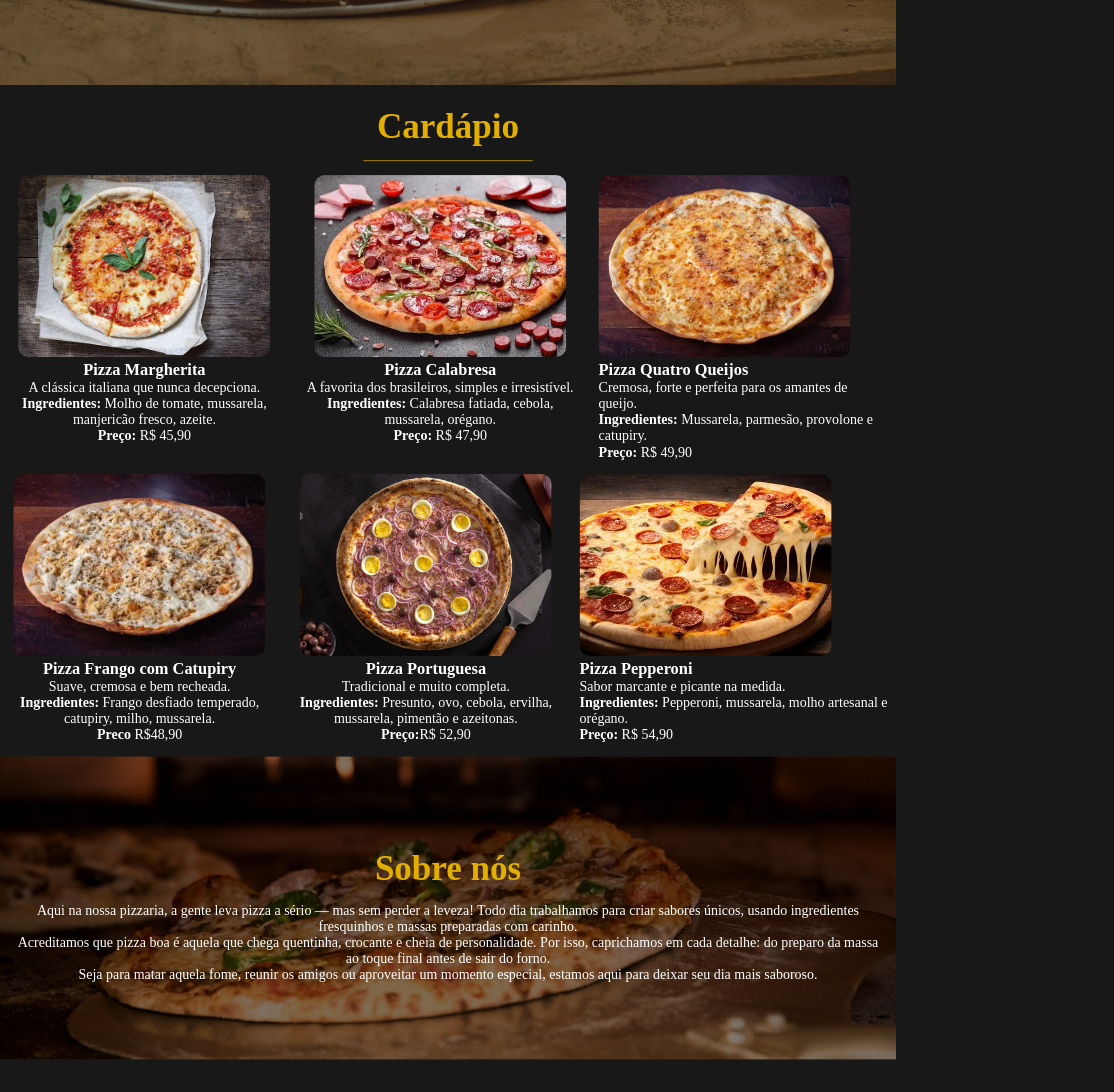
Repository: Mateushlp/landing-page-pizza
Page: index.html
These files come from the project's save history. The page is drawn as it stood at one moment and after the next save; the edit follows.
The browser window is 1280 px wide. The page is 1280 px wide, then 1592 px, so the pictures cover 1592 px, including what lies to the right of the window. The pictures show the part of the page from y = 863 to 2423 px (the page is 2958 px tall before and 2935 px after), at 70% of full size.

Above is the page before, as saved 2026-05-03 11:42:12.

### index.html
<!DOCTYPE html>
<html lang="en">
<head>
    <meta charset="UTF-8">
    <meta name="viewport" content="width=device-width, initial-scale=1.0">
    <link rel="stylesheet" href="style.css">
    <title>Document</title>
</head>
<body>
    <header>
        <nav>
            <ul>
                <li> <a href="http://"> Home</li></a>
                <li> <a href="http://">Cardapio</li></a>
                <li> <a href="http://">Sobre Nos</li></a>
                <li> <a href="http://">Contato</li></a>
            </ul>
        </nav>
    </header>

    <section class="inicio">
        <div class="texto">
        <h1>Bem vindo à Alessio's</h1>
        <p>Saborosas pizzas feitas </p>
        <button class="btn1">Ver Cardapio</button>
        </div>
    </section>

    <section class="cardapio">
        <h2 class="cardapio1">Cardápio</h2>
    </section>

    <div class="prato">
        <div class="pratos1">
            <img src="./img/margherita-pizza.jpg" alt="">
            <h3>Pizza Margherita</h3>
            <p> A clássica italiana que nunca decepciona. <br>
          <strong>Ingredientes:</strong>  Molho de tomate, mussarela, manjericão fresco, azeite. <br>
        <strong>Preço:</strong> R$ 45,90
    </p>
        </div>
            <div class="pratos2">
                <img src="./img/3140217-pizza-calabresa.jpg" alt="">
                <h3>Pizza Calabresa</h3>
                <p>A favorita dos brasileiros, simples e irresistível. <br>
                <strong>Ingredientes:</strong> Calabresa fatiada, cebola, mussarela, orégano. <br>
                    <strong>Preço:</strong> R$ 47,90
            </p>
            </div>
                <div class="pratos3">
                    <img src="./img/Quatro-Queijos.jpg" alt="">
                    <h3>Pizza Quatro Queijos</h3>
                    <p>Cremosa, forte e perfeita para os amantes de queijo. <br>
                    <strong>Ingredientes:</strong>  Mussarela, parmesão, provolone e catupiry. <br>
                        <strong>Preço: </strong>R$ 49,90
                </p>
                </div>
                </div>

                <div class="prato2">
                <div class="pratos1">
                    <img src="./img/Frango-com-Catupiry-2.jpg" alt="">
                    <h3>Pizza Frango com Catupiry</h3>
                    <p>Suave, cremosa e bem recheada. <br>
                   <strong>Ingredientes:</strong> Frango desfiado temperado, catupiry, milho, mussarela. <br>
                   <strong>Preco </strong> R$48,90
                </p>
                </div>
                <div class="pratos2">
                    <img src="./img/pizza-portuguesa.jpg" alt="">
                    <h3>Pizza Portuguesa</h3>
                    <p>Tradicional e muito completa. <br>
                   <strong>Ingredientes:</strong>  Presunto, ovo, cebola, ervilha, mussarela, pimentão e azeitonas. <br>
                    <strong>Preço:</strong>R$ 52,90
                </p>
                </div>
                <div class="pratos3">
                    <img src="./img/the-pepperoni-pizza-and-a-piece-of-streched-cheese-pizza-with-ai-generated-free-photo.jpg" alt="">
                    <h3>Pizza Pepperoni</h3>
                    <p>Sabor marcante e picante na medida. <br>
                  <strong>Ingredientes:</strong>   Pepperoni, mussarela, molho artesanal e orégano. <br>
                <strong>Preço:</strong> R$ 54,90</p>

                </div>
                </div>
                </div>




    <section class="sobre">
        <div class="sobre1">
        <h2>Sobre nós</h2>
        <p>Aqui na nossa pizzaria, a gente leva pizza a sério — mas sem perder a leveza!
        Todo dia trabalhamos para criar sabores únicos, usando ingredientes fresquinhos e massas preparadas com carinho. <br>

        Acreditamos que pizza boa é aquela que chega quentinha, crocante e cheia de personalidade. Por isso, caprichamos em cada
        detalhe: do preparo da massa ao toque final antes de sair do forno. <br>

        Seja para matar aquela fome, reunir os amigos ou aproveitar um momento especial, estamos aqui para deixar seu dia mais
        saboroso.</p>
    </div>
    </section>

<section id="contato" class="contato">
    <h2>Contato</h2>

    <div class="contato-info">
        <div class="box">
            <h3>Telefone</h3>
            <p>(35) 99744-0140</p>
        </div>

        <div class="box">
            <h3>Endereço</h3>
            <p>Rua Tal Tal, Nº 123 , Centro , Lavras/MG</p>
        </div>

        <div class="box">
            <h3>Email</h3>
            <p>mateus@gmail.com</p>
        </div>
            <div class="box">
                <h3>Hórario de Funcionamento</h3>
                <p>Segunda a Sábado 11h00 às 23h00 - Domingo: 16h00 às 23H00</p>
            </div>
    </div>
</section>
        <div class="pedir">
        <button class="btn2">Peca Agora Mesmo!</button>
        </div>


    <footer>
        <h3>&copy; 2025 Alessio's Pizzaria</h3>
    </footer>

</body>
</html>

### style.css
*{
    margin:0;
    padding: 0;
    box-sizing: border-box;
}
body{
    background-color: #181818;
      overflow-x: hidden;

}

nav ul {
    display: flex;
    gap: 25px;
    list-style: none;
    justify-content: center;
    font-size: 25px;
    padding: 10px;
     background: linear-gradient(to bottom, rgb(00, 0, 0), rgba(0,0,0,0.9));
}

nav ul a{
    text-decoration: none;
    color: #fff;
    margin-top: 10px;
}

nav ul a:hover{
    border-radius: 20px;
    background-color: #00000;
    color: #af8600;
}

.inicio{
     background:
        linear-gradient(rgba(0,0,0,0.5), rgba(0,0,0,0.5)),
        url(./img/background-meio.jpg);
    background-size: cover;
    background-position: center;
    height: 130vh;
}

.texto{
    display: flex;
    flex-direction: column;
    align-items: center;
    color: #fff;
    padding-top: 7%;
    padding-left: 6%;
    font-size: 40px;
}
.texto p{
    font-family: 'Lucida Sans', 'Lucida Sans Regular', 'Lucida Grande', 'Lucida Sans Unicode', Geneva, Verdana, sans-serif;
    font-size: 30px;

}
.btn1{
 background-color: #e2ae01;
 border-radius: 20px;
 font-size: 20px;
 margin-top: 30px;
 padding: 9px;
 cursor:pointer;
}
.btn1:hover{
background-color:#181818;
color: #e2ae01;
}
.cardapio{
    text-align: center;
    padding: 10px;
    font-size: 40px;
    color:#fff;
}
.cardapio1{
    display: inline-block;
    border-bottom: 1px solid #e2ae01;
    padding-top: 20px;
    padding-bottom:20px
}
.prato{
    margin: 10px;
    display: flex;
    gap: 30px;
    font-size: 20px;
    margin-bottom: 20px;
    color:#fff;
}

.prato2{
    margin: 10px;
    display: flex;
    gap: 30px;
    font-size: 20px;
    margin-bottom: 20px;
    color:#fff;
}


.prato img,
.prato2 img {
    width: 50vh;
    height: 260px;
    object-fit: cover;
    border-radius: 15px;

}
.pratos1,
.pratos2 {
    border-radius:20px;
    width: 35%;
    text-align: center;
}

.sobre{
    background-image:
    linear-gradient(rgba(0,0,0,0.5), rgba(0,0,0,0.5)),
    url(./img/background.jpg);
    background-size: cover;
    background-position: center;
    height: 60vh; /* AUMENTE a altura */
    display: flex;
    flex-direction: column;
    justify-content: center; /* deixa no meio certinho */
    align-items: center;
    text-align: center;
}

.sobre1{
    display: flex;
    align-items: center;
    font-size: 40px;
    flex-direction: column;
    color: #fff;
}
.sobre1 ,h2{
    font-size:50px;
    color:#e2ae01;
    padding:20px
}
.sobre1 p{
    font-size: 20px;
    color:#fff;
}

.contato {
    padding: 50px 0;
    text-align: center;
    color:#fff;
}

.contato-info {
    display: flex;
    justify-content: center;
    gap: 60px;
    margin-top: 20px;
    flex-wrap: wrap;
    color:#fff;
}

.contato-info .box {

    padding: 20px 30px;
    border-radius: 15px;
    color:#fff;

}

.contato-info h3 {
    font-size: 24px;
    color: #af8600;

}

.contato-info p {
    font-size: 18px;
    color:#fff;
}

.pedir{
    display: flex;
    justify-content: center;
    align-items: center;
    text-align: center;
}
.btn2{
     background-color: #e2ae01;
 border-radius: 30px;
 font-size: 20px;
 margin-bottom: 50px;
 padding: 15px;
 cursor:pointer;

}
footer{
      background-color: #181818;
      color: #d4af37;
  text-align: center;
  padding: 15pxpx;
  font-size: 15px;

}

After the next save:
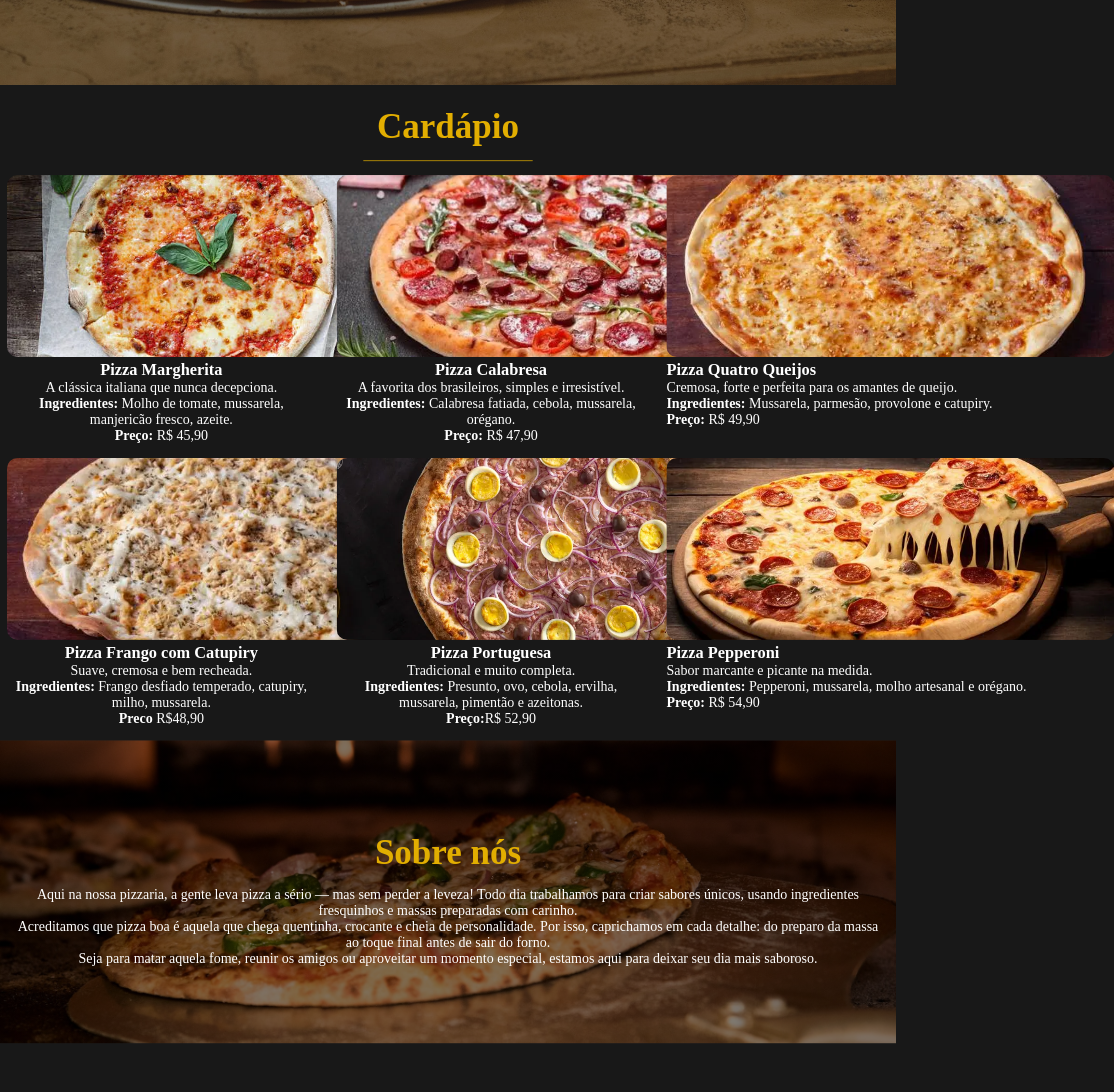
Saved 30 s later.
--- a/style.css
+++ b/style.css
@@ -99,7 +99,7 @@ color: #e2ae01;
 
 .prato img,
 .prato2 img {
-    width: 50vh;
+    width: 50vw;
     height: 260px;
     object-fit: cover;
     border-radius: 15px;
